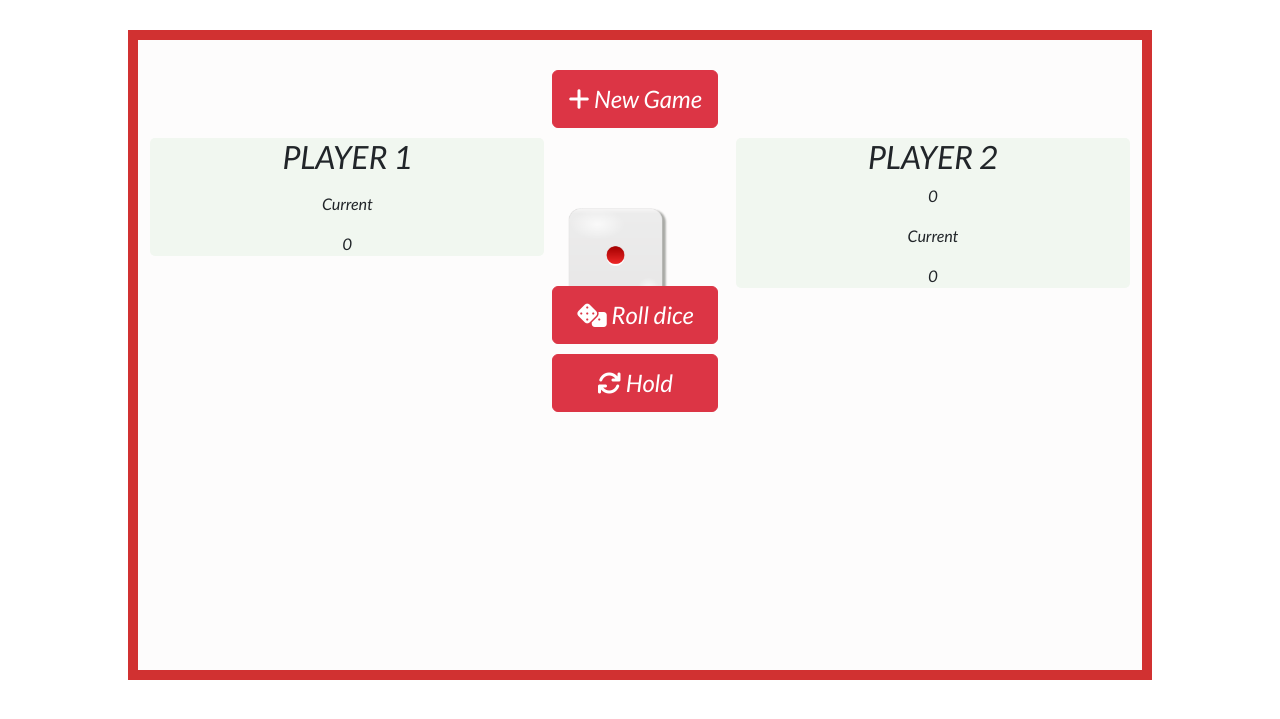
Repository: haifabilel/Eval_JAVASCRIPT
Page: index.html
An editor plug-in stored every save of this project. The page is shown before and after the next save, followed by the edit.
The browser window is 1280 px wide. The pictures show the whole page.
Some web libraries are served in a nearby version.

Above is the page before, as saved 2023-06-03 13:35:25.

### index.html
<!DOCTYPE html>
<html lang="fr">
<head>
    <meta charset="UTF-8">
    <meta http-equiv="X-UA-Compatible" content="IE=edge">
    <meta name="viewport" content="width=device-width, initial-scale=1.0">
    <title>GameEval</title>
    <!-- Bootstrap -->
    <link href="https://cdn.jsdelivr.net/npm/bootstrap@5.3.0-alpha3/dist/css/bootstrap.min.css" rel="stylesheet" integrity="sha384-KK94CHFLLe+nY2dmCWGMq91rCGa5gtU4mk92HdvYe+M/SXH301p5ILy+dN9+nJOZ" crossorigin="anonymous">
    <!-- Bootstrap icons CSS -->
    <link rel="stylesheet" href="https://cdn.jsdelivr.net/npm/bootstrap-icons@1.6.1/font/bootstrap-icons.css">
    <!-- font awesome cdn link-->
    <link rel="stylesheet" href="https://cdnjs.cloudflare.com/ajax/libs/font-awesome/6.3.0/css/all.min.css" integrity="sha512-SzlrxWUlpfuzQ+pcUCosxcglQRNAq/DZjVsC0lE40xsADsfeQoEypE+enwcOiGjk/bSuGGKHEyjSoQ1zVisanQ==" crossorigin="anonymous" referrerpolicy="no-referrer">
    <!-- CSS Link -->
    <link rel="stylesheet" href="style.css">
</head>
<body>
    <div class="container-fluid" >
     <header>
         <button class="btn btn_newGame btn-danger"><i class="fa-solid fa-plus"></i> New Game</button>
    </header>
    <main>
        <div class="row">
            <!-- Player One  -->
            <div class="col-sm-5 mx-auto">
                <section class="player player_0 player_active">
                    <h2 class="label" id="label_0">PLAYER 1</h2>
                    <p class="score" id="score_0" ></p>
                    <div class="current">
                        <p class="current_label">Current</p>
                        <p class="current_score" id="current_0">0</p>
                    </div>
                </section>
            </div>
            <!-- Dice image -->
            <div class="col-sm-2 mx-auto">
                <img src="/asset//dice1.png" alt="imageDice" class="dice" style="width: 100px;">
            </div>
             <!-- Player Tow  -->
             <div class="col-sm-5 mx-auto">
                <section class="player player_1">
                    <h2 class="label" id="label_1">PLAYER 2</h2>
                    <p class="score" id="score_1">0</p>
                    <div class="current">
                        <p class="current_label">Current</p>
                        <p class="current_score" id="current_1">0</p>
                    </div>
                </section>
             </div>
        </div>
    </main>
    <!-- Button RollDice -->
    <div class="button_roll">
        <button class="btn btn_roll btn-danger"><i class="fa-solid fa-dice"></i> Roll dice</button>
    </div>
    <div class="button_hold">
        <button class="btn btn_hold btn-danger"><i class="fa-solid fa-arrows-rotate"></i> Hold</button>
    </div>
    </div>


    <script src="https://code.jquery.com/jquery-3.5.1.slim.min.js" integrity="sha384-DfXdz2htPH0lsSSs5nCTpuj/zy4C+OGpamoFVy38MVBnE+IbbVYUew+OrCXaRkfj" crossorigin="anonymous"></script>
    <script src="https://cdn.jsdelivr.net/npm/popper.js@1.16.0/dist/umd/popper.min.js" integrity="sha384-Q6E9RHvbIyZFJoft+2mJbHaEWldlvI9IOYy5n3zV9zzTtmI3UksdQRVvoxMfooAo" crossorigin="anonymous"></script>
    <script src="https://cdn.jsdelivr.net/npm/bootstrap@5.3.0-alpha3/dist/js/bootstrap.bundle.min.js" integrity="sha384-ENjdO4Dr2bkBIFxQpeoTz1HIcje39Wm4jDKdf19U8gI4ddQ3GYNS7NTKfAdVQSZe" crossorigin="anonymous"></script>
    <script src="script.js"></script>
</body>
</html>

### style.css
@import url('https://fonts.googleapis.com/css2?family=Lato:ital,wght@1,300;1,400;1,700&display=swap');
*{
    font-family: Lato;
}
.container-fluid{
    box-shadow:0.5rem 1 rem rgba(0,0,0,.5);
    background-color: #fdfcfc;
    width:80%;
    height: 650px;
    border: 10px solid  #d13131;
    margin-top: 30px;
}
.row{
    margin-top:80px;
}
/* Playerss */
.player_0 , .player_1{
    background-color:#f1f7f0;
    text-align:center;
    border-radius:5px;
    margin-top:-70px;
}
/* Buttons */
.btn_roll{
    margin-left:41%;
    margin-top:30px;
    width:17%;
    font-size:1.5rem;
    padding:10px;
    margin-top:-20px;
}
.btn_hold{
    padding:10px;
    margin-left:41%;
    margin-top:10px;
    width:17%;
    font-size:1.5rem;

}
.btn_newGame{
    margin-top:30px;
    padding: 10px;
    margin-left:41%;
    width:17%;
    font-size:1.5rem;
}

Loaded but not shown: script.js (no copy from this time; the picture is the same without it)

After the next save:
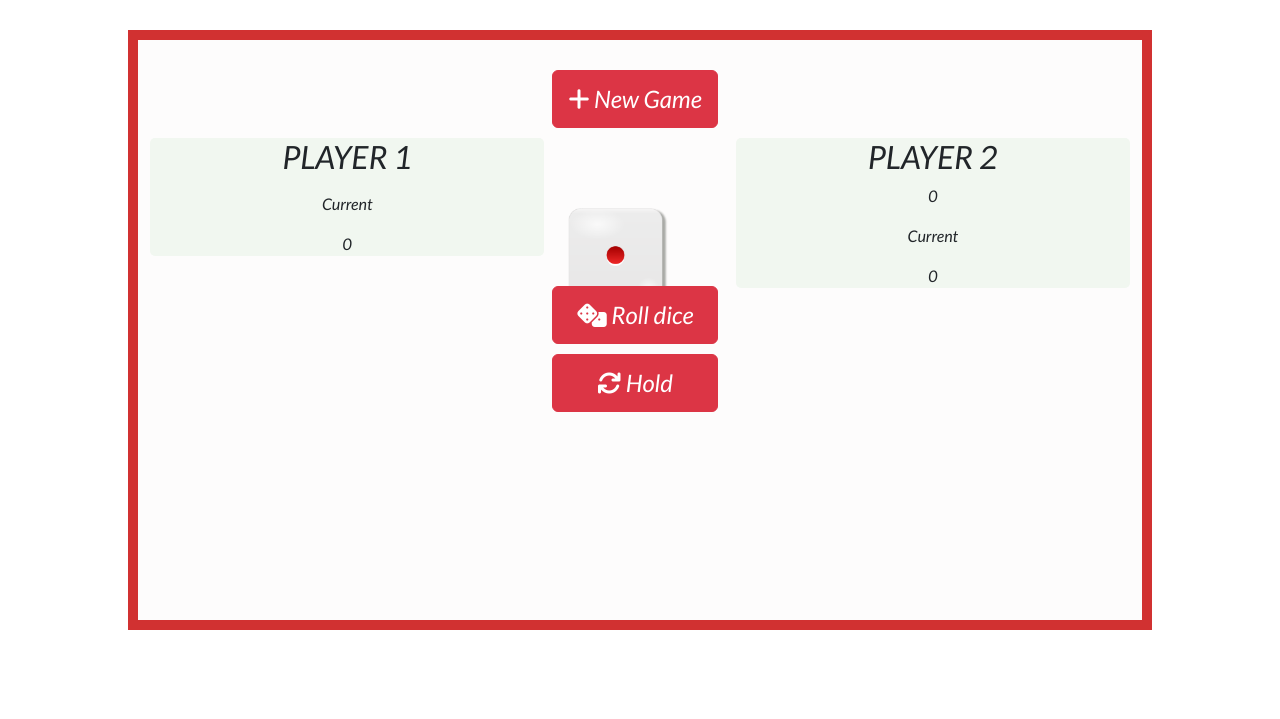
Saved 99 s later.
--- a/style.css
+++ b/style.css
@@ -6,7 +6,7 @@
     box-shadow:0.5rem 1 rem rgba(0,0,0,.5);
     background-color: #fdfcfc;
     width:80%;
-    height: 650px;
+    height: 600px;
     border: 10px solid  #d13131;
     margin-top: 30px;
 }
